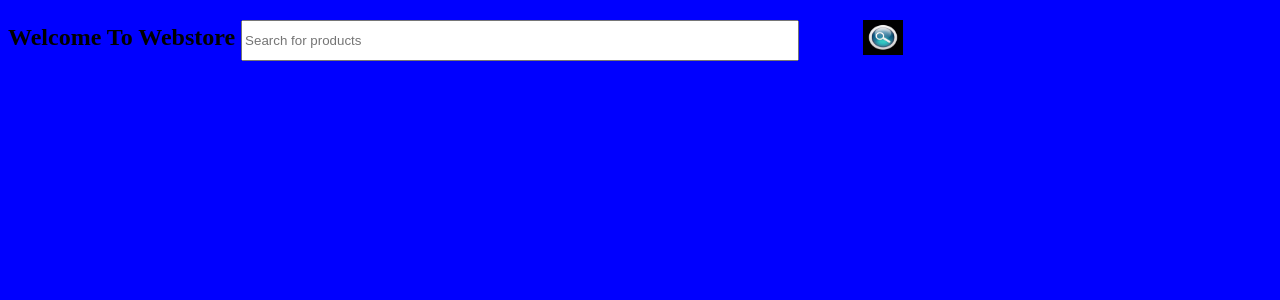
Repository: sourogithub/Final-yr-project-using-j2ee
Page: http://localhost/Webstore/JSP Pages/Front.jsp
These files come from the project's save history. The page is drawn as it stood at one moment and after the next save; the edit follows.
The browser window is 1280 px wide. The pictures show the whole page.
The page is served by Tomcat 9.

Above is the page before, as saved 2017-04-11 08:45:50.

### Webstore/WebContent/JSP Pages/Front.jsp
<%@ page language="java" contentType="text/html; charset=ISO-8859-1"
    pageEncoding="ISO-8859-1"%>
<!DOCTYPE html PUBLIC "-//W3C//DTD HTML 4.01 Transitional//EN" "http://www.w3.org/TR/html4/loose.dtd">
<html>
<head>
<meta http-equiv="Content-Type" content="text/html; charset=ISO-8859-1">
<title>Insert title here</title>
</head>
<body style="background-color:blue">
<div id="top"  style="background:blue; height:100px;position:absolute;top:0px;width:1000px">
<h2 >Welcome To Webstore
<input type="text" placeholder="Search for products" required style="border-width:2;width:550px;height:35px">
<a><img src="../images/search-images-17.jpg" height="35px" width="40px" style="position:absolute;right:105px"></a>
</h2>
</div>
</body>
</html>

After the next save:
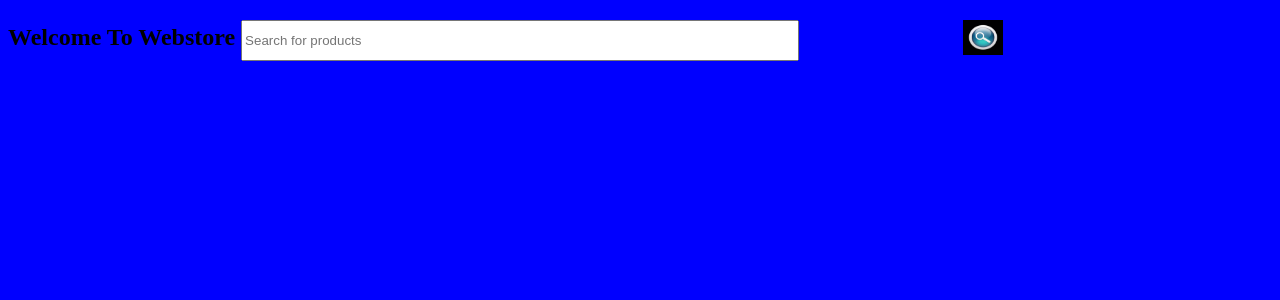
Saved 14 s later.
--- a/Webstore/WebContent/JSP Pages/Front.jsp
+++ b/Webstore/WebContent/JSP Pages/Front.jsp
@@ -10,7 +10,7 @@
 <div id="top"  style="background:blue; height:100px;position:absolute;top:0px;width:1000px">
 <h2 >Welcome To Webstore
 <input type="text" placeholder="Search for products" required style="border-width:2;width:550px;height:35px">
-<a><img src="../images/search-images-17.jpg" height="35px" width="40px" style="position:absolute;right:105px"></a>
+<a><img src="../images/search-images-17.jpg" height="35px" width="40px" style="position:absolute;right:5px"></a>
 </h2>
 </div>
 </body>
